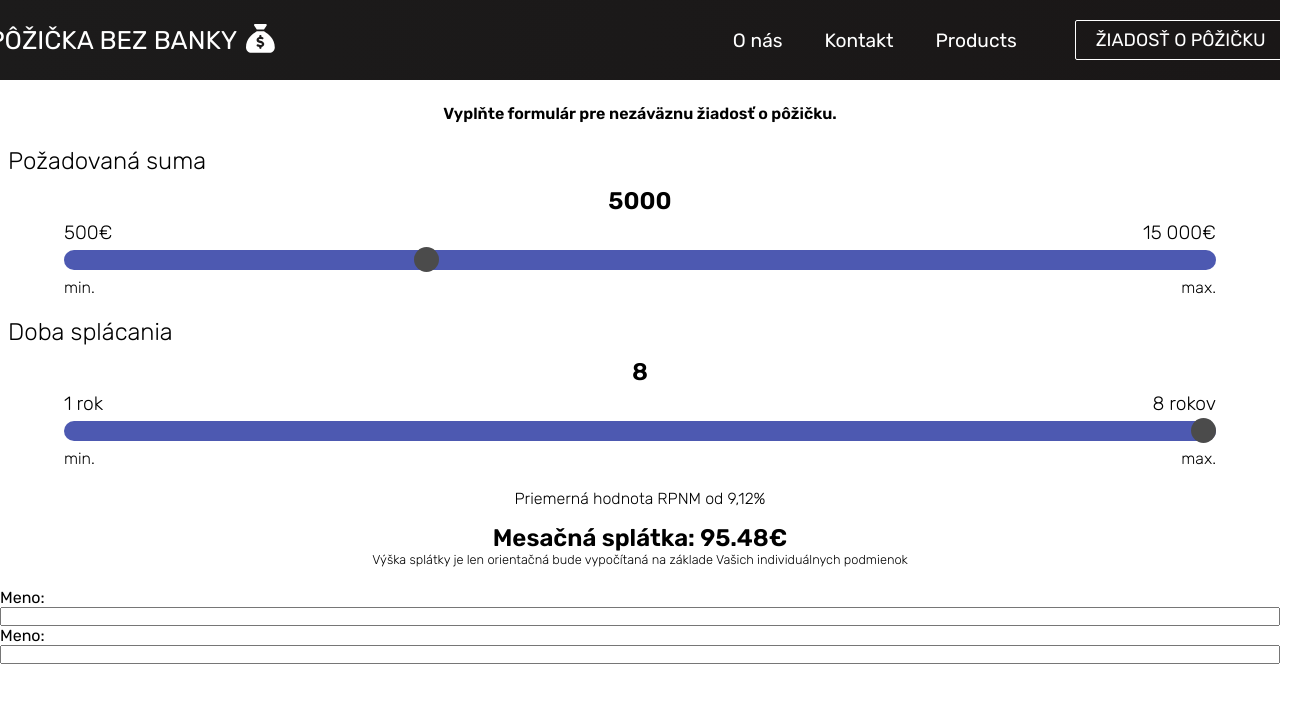
Repository: steve-lgtm/React-website-pozickabezbanky
Page: /ziadost
These files come from the project's save history. The page is drawn as it stood at one moment and after the next save; the edit follows.
The browser window is 1280 px wide. The page is 1305 px wide, so the pictures cover 1305 px, including what lies to the right of the window. The pictures show the whole page.
Some web libraries are served in a nearby version. The project was rebuilt for these pictures with package versions that can differ from the ones it lists, and the page was loaded fresh each time. Also part of the build but not shown: src/components/pages/Home.js, src/components/pages/Kontakt.js, src/components/pages/Products.js.

Above is the page before, as saved 2022-07-09 00:01:16.

After the next save:
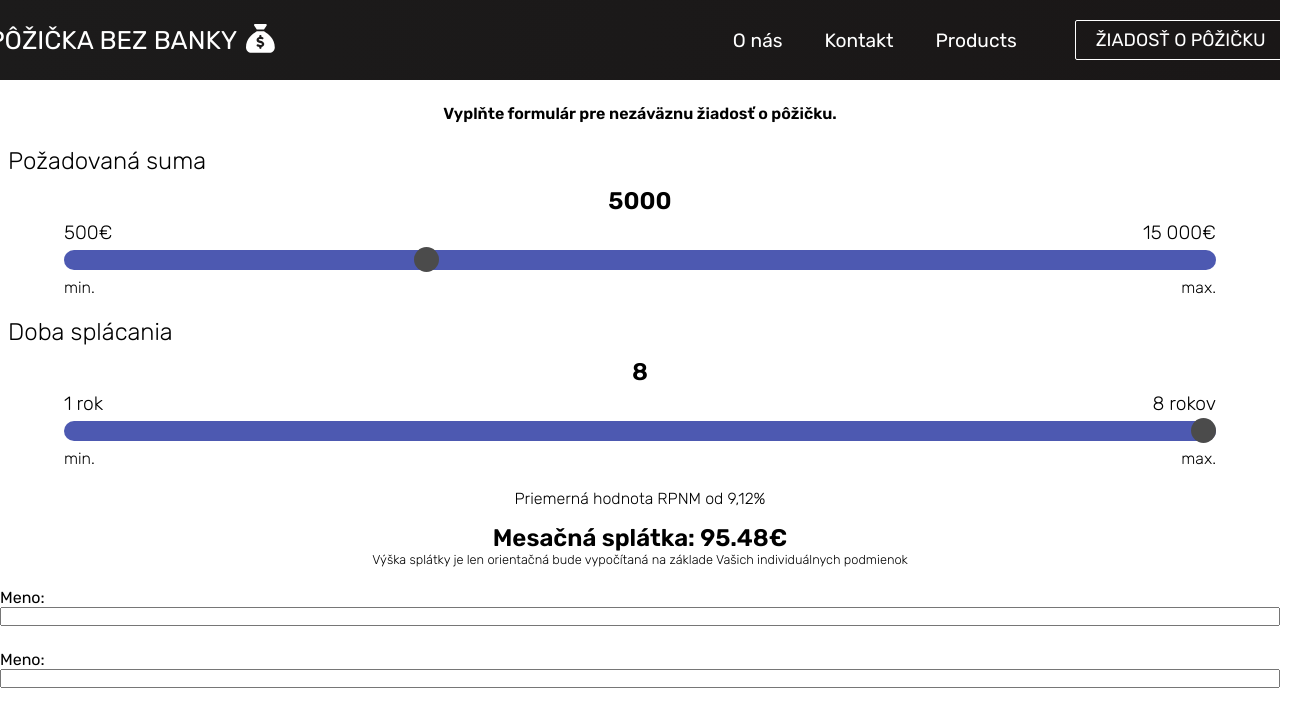
Saved 40 s later.
--- a/src/components/pages/Ziadost.css
+++ b/src/components/pages/Ziadost.css
@@ -83,8 +83,7 @@
     display: flex;
     flex-direction: column;
     height: 100px;
-    align-content:space-between;
-
+    justify-content:space-between
 }
 .personal-data-field{
     display: flex;

After the save that followed:
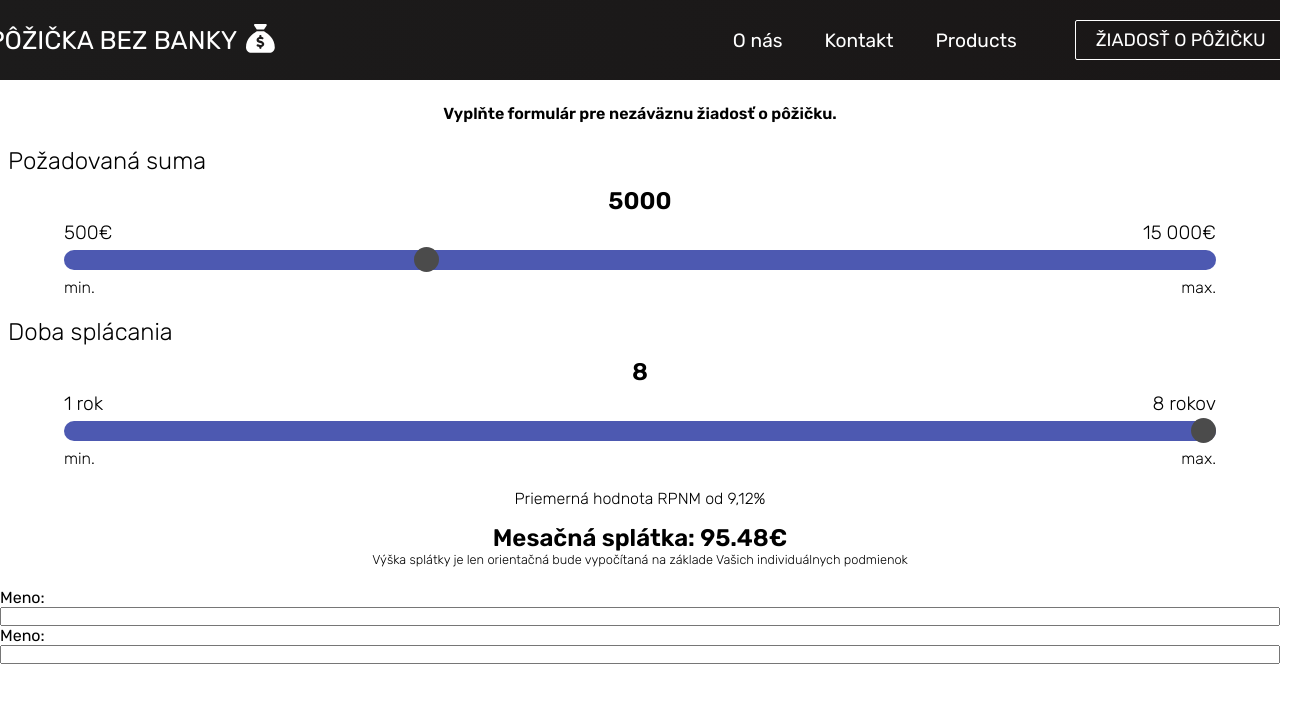
Saved 8 s later.
--- a/src/components/pages/Ziadost.css
+++ b/src/components/pages/Ziadost.css
@@ -82,7 +82,6 @@
 .personal-data{
     display: flex;
     flex-direction: column;
-    height: 100px;
     justify-content:space-between
 }
 .personal-data-field{
